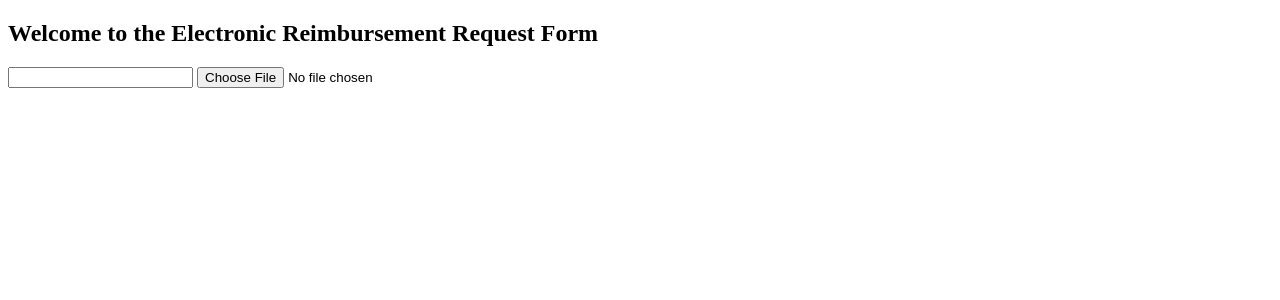
Repository: lharrill01/july_11_current_projects
Page: gres/src/main/java/gres/model/errfwelcome.html
An editor plug-in stored every save of this project. The page is shown before and after the next save, followed by the edit.
The browser window is 1280 px wide. The pictures show the whole page.

Above is the page before, as saved 2019-07-07 20:06:49.

### gres/src/main/java/gres/model/errfwelcome.html
<!DOCTYPE html>
<html>
<head>
<meta charset="ISO-8859-1">
<title>Welcome to the Electronic Reimbursment Request Form</title>
</head>
<h2>Welcome to the Electronic Reimbursement Request Form</h2>
<input >

<input type="file" name="reciepts" accept="image/*">
<body>



</body>
</html>

After the next save:
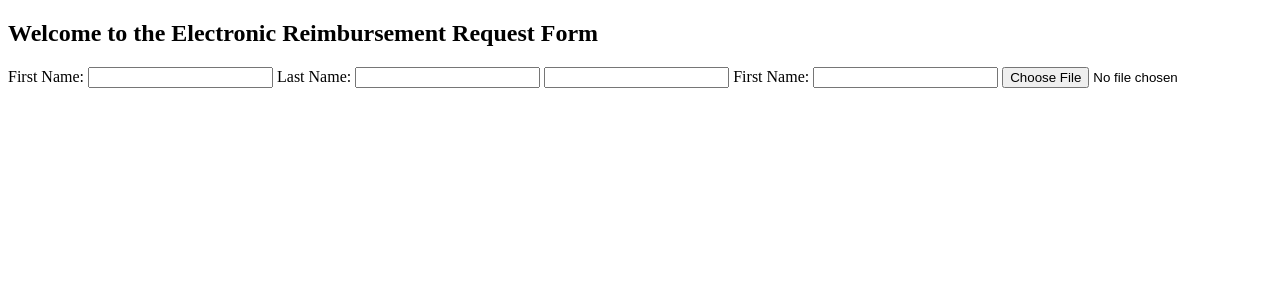
Saved 12 min 3 s later.
--- a/gres/src/main/java/gres/model/errfwelcome.html
+++ b/gres/src/main/java/gres/model/errfwelcome.html
@@ -2,10 +2,20 @@
 <html>
 <head>
 <meta charset="ISO-8859-1">
-<title>Welcome to the Electronic Reimbursment Request Form</title>
+<title>Welcome to the Electronic Reimbursement Request Form</title>
 </head>
 <h2>Welcome to the Electronic Reimbursement Request Form</h2>
-<input >
+<label> First Name: </label>
+<input type="text" name="firstName">
+
+<label> Last Name: </label>
+<input type="text" name="lastName">
+
+<label></label>
+<input type="text" name="first name">
+
+<label> First Name: </label>
+<input type="text" name="first name">
 
 <input type="file" name="reciepts" accept="image/*">
 <body>
